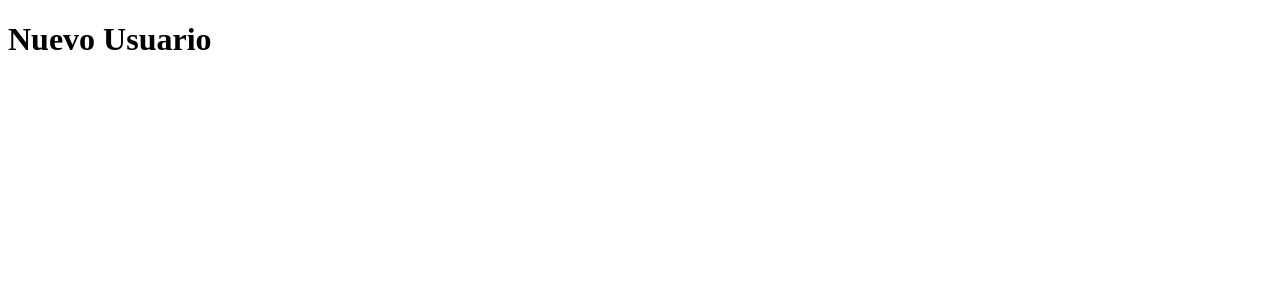
Repository: aregano/Java-web
Page: http://localhost/HelloMVC/newuser
An editor plug-in stored every save of this project. The page is shown before and after the next save, followed by the edit.
The browser window is 1280 px wide. The pictures show the whole page.
The page is served by Tomcat 9.

Above is the page before, as saved 2018-11-15 08:52:25.

After the next save:
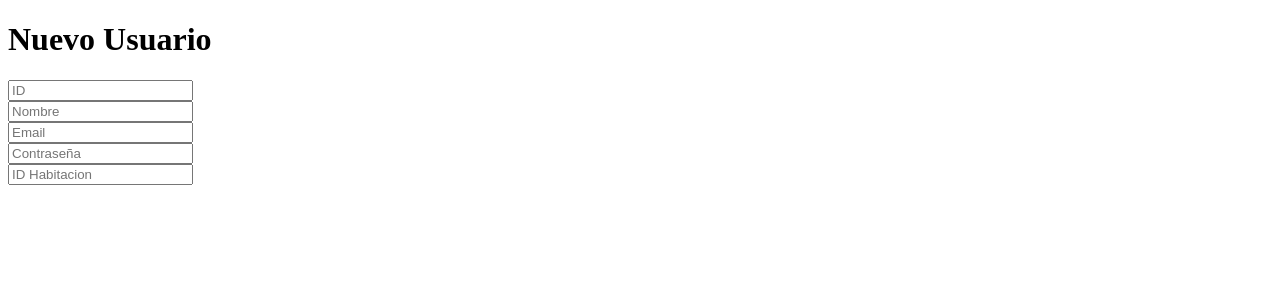
Saved 2 min 44 s later.
--- a/HelloMVC/WebContent/newuser.jsp
+++ b/HelloMVC/WebContent/newuser.jsp
@@ -9,6 +9,13 @@
 <body>
 	<h1>Nuevo Usuario</h1>
 
-	<form action="" method="POST"></form>
+	<form action="" method="POST">
+	<div><input type="number" placeholder="ID"/></div>
+	<div><input type="text" placeholder="Nombre"/></div>
+	<div><input type="email" placeholder="Email"/></div>
+	<div><input type="password" placeholder="Contraseña"/></div>
+	<div><input type="number" placeholder="ID Habitacion"/></div>
+
+	</form>
 </body>
 </html>
